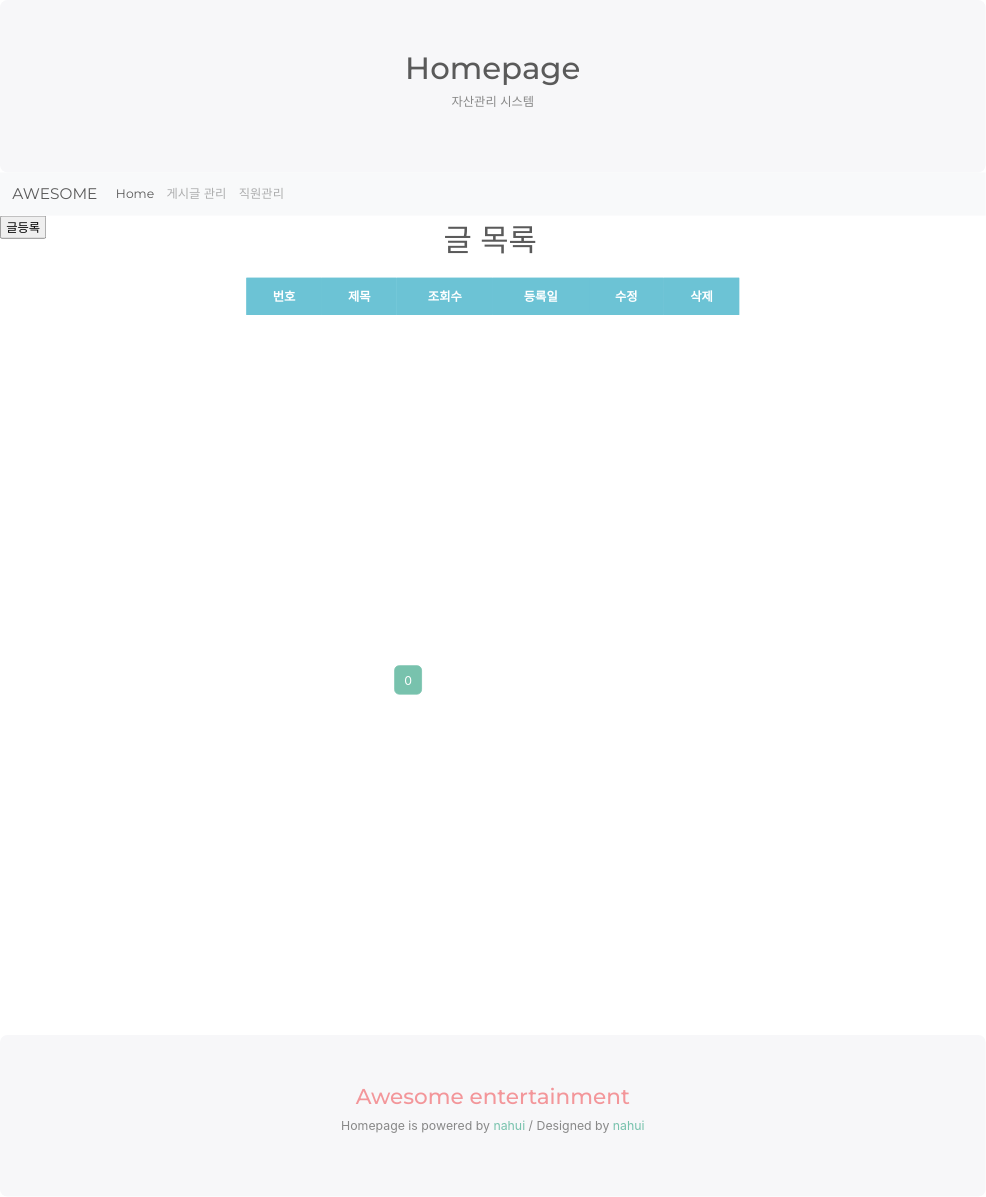
Repository: Nahui068/project1
Page: http://localhost/project1/WEB-INF/views/admin_board.jsp
These files come from the project's save history. The page is drawn as it stood at one moment and after the next save; the edit follows.
The browser window is 1280 px wide. The pictures show the whole page, at 77% of full size.
The page is served by Tomcat 9. Nobody is signed in. The template is opened directly, without the code that normally fills it, so the values that code supplies are empty.

Above is the page before, as saved 2021-01-07 05:19:42.

After the next save:
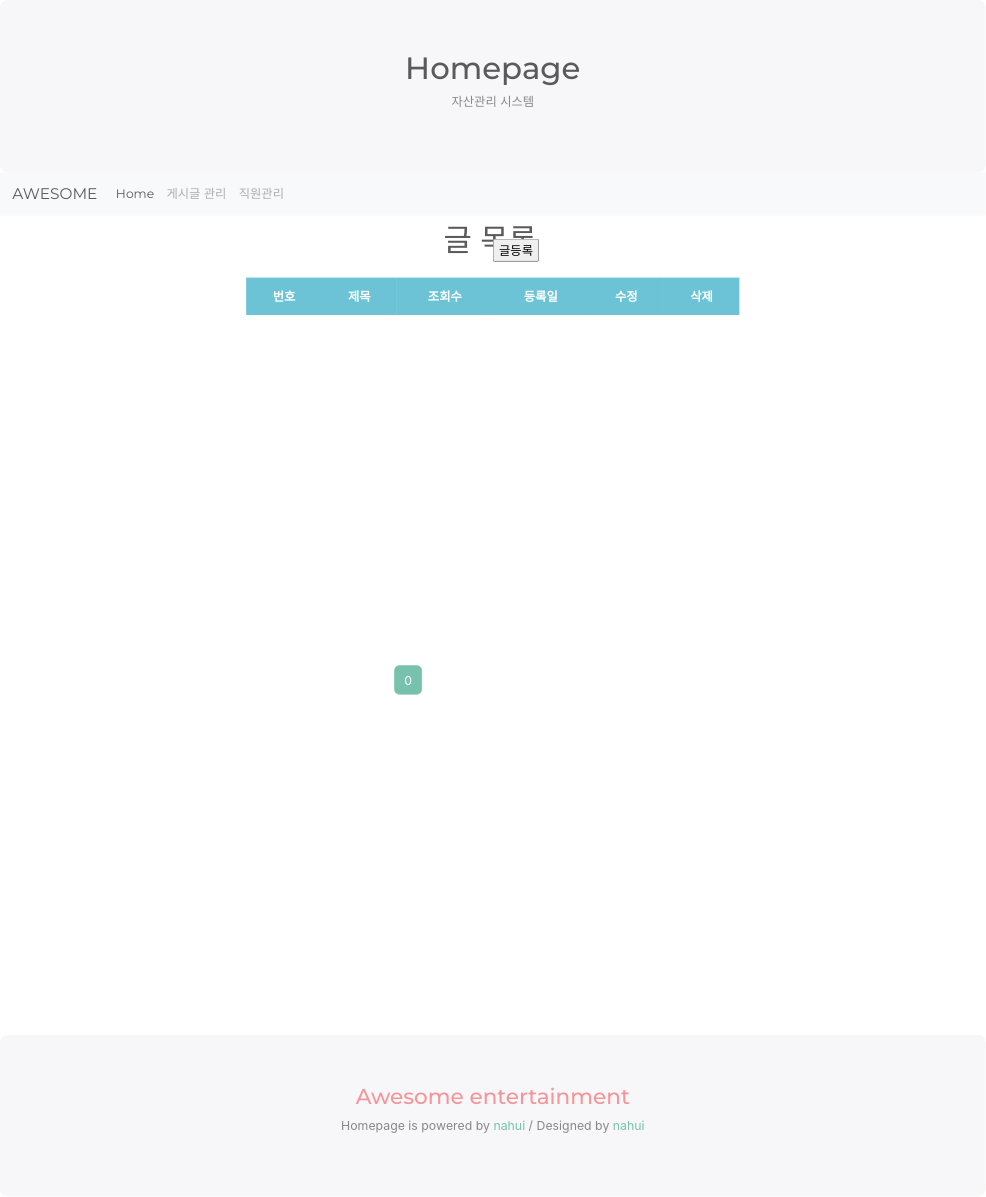
Saved 9 min 17 s later.
--- a/project1/src/main/webapp/WEB-INF/views/admin_board.jsp
+++ b/project1/src/main/webapp/WEB-INF/views/admin_board.jsp
@@ -61,7 +61,7 @@
 </head>
 <body>
 	<h1 style="position:absolute; top:40%; left:45%;">글 목록</h1>
-	<input type="button" value="글등록" onClick="location.href='/project1/board_form'">
+	<input type="button" value="글등록" onClick="location.href='/project1/board_form'" style="position:absolute; top:43%; left:50%;">
 	<table class="table table-hover" style="position:absolute; top:50%; left:25%; width:50%;">
 		<tr class="table-info" style="text-align:center;">
 			<th>번호</th>
